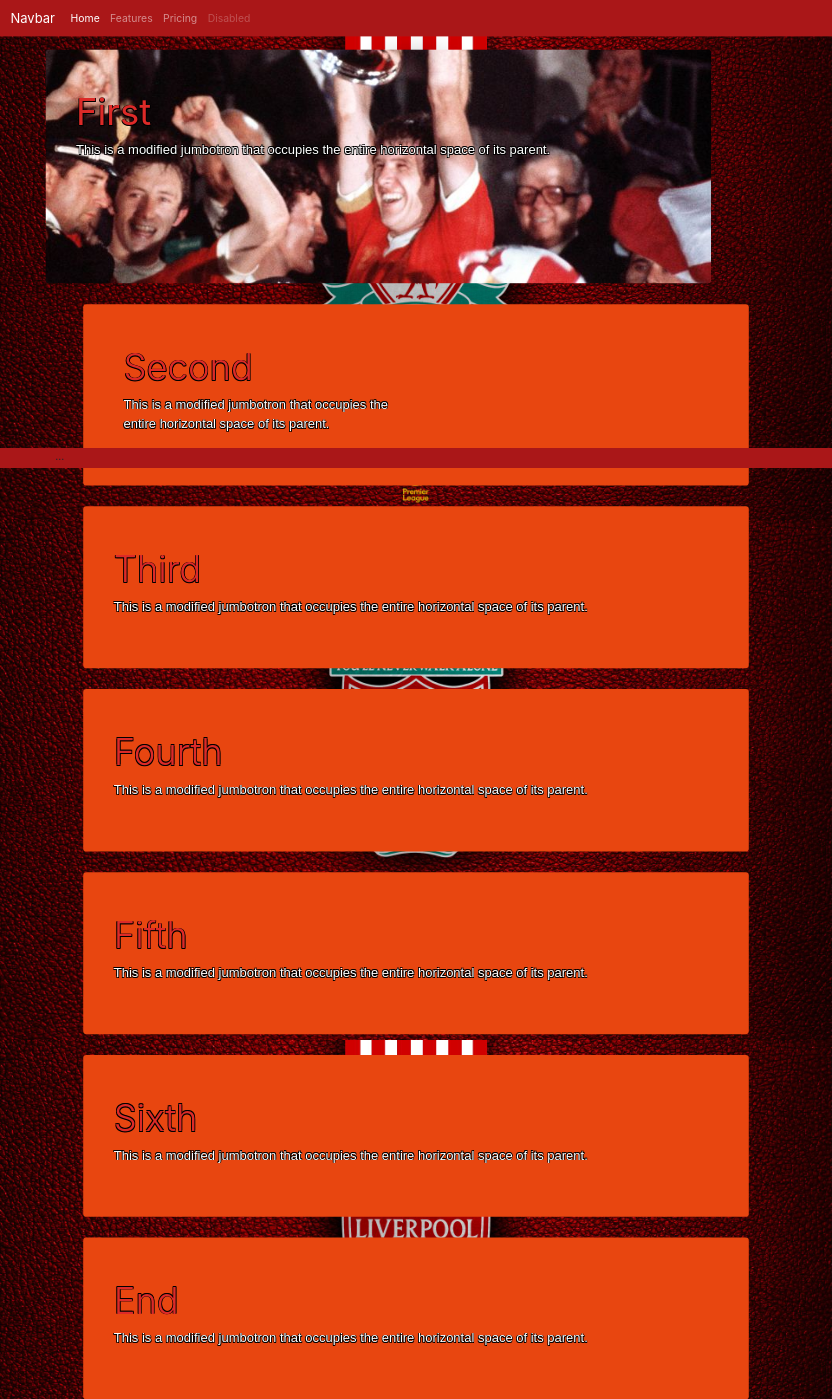
Repository: DalyAD/allez-2
Page: page1.html
The author's editor kept a record of every edit. The page is drawn from the files as they stood at one moment, then again after the next edit.
The browser window is 1280 px wide. The pictures show the whole page, at 65% of full size.
Backgrounds fixed to the window are drawn as part of the page.

Above is the page before.

After the next edit:
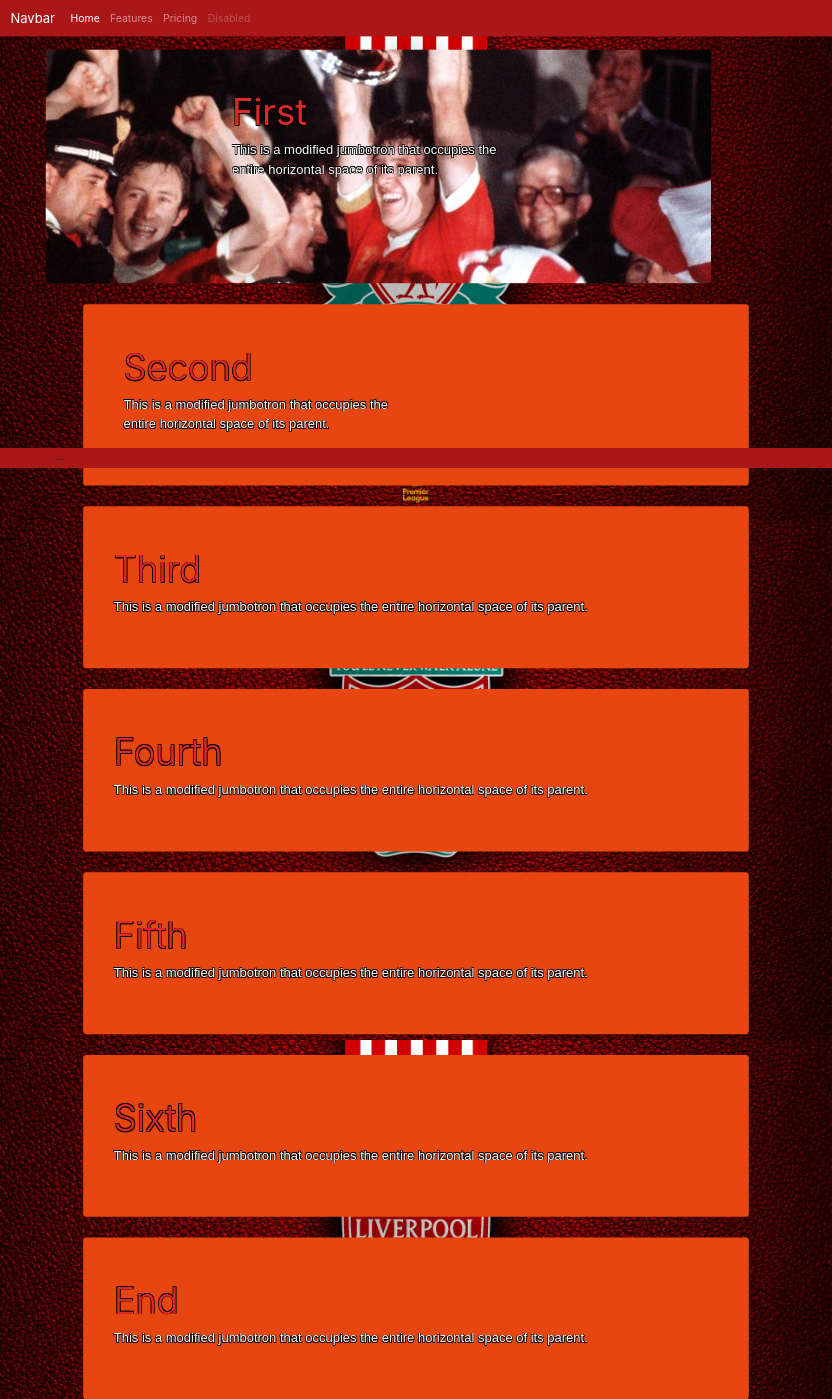
The edit:
--- a/page1.html
+++ b/page1.html
@@ -31,10 +31,9 @@
     <section>
         <div class="container">
             <div class="jumbotron first row">
-                <div class="container">
-
-                        <h1 class="display-4"><strong>First</strong></h1>
-                        <p class="lead">This is a modified jumbotron that occupies the entire horizontal space of its parent.</p>
+                <div class="container col-sm-12 col-md-6">
+                    <h1 class="display-4"><strong>First</strong></h1>
+                    <p class="lead">This is a modified jumbotron that occupies the entire horizontal space of its parent.</p>
                 </div>
             </div>
             <div class="jumbotron second">
